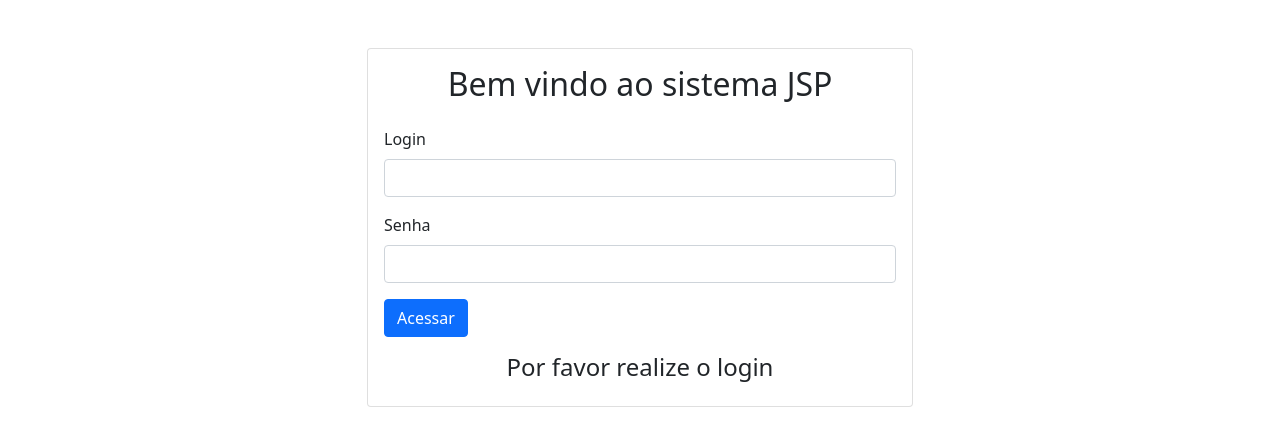
Repository: EduCarmo/PROJETO_JAVA-JSP_JDBC_SQL_JAVA
Page: http://localhost/curso-jsp/principal/cadastrousuario.jsp
An editor plug-in stored every save of this project. The page is shown before and after the next save, followed by the edit.
The browser window is 1280 px wide. The pictures show the whole page.
The page is served by Tomcat 10. Other server files are loaded and not shown.

Above is the page before, as saved 2024-03-13 23:26:09.
Console error: SyntaxError: Unexpected token '<'

### curso-jsp/src/main/webapp/index.jsp
<%@ page language="java" contentType="text/html; charset=UTF-8"
	pageEncoding="UTF-8"%>
<!DOCTYPE html>
<html lang="pt-BR">
<head>
<meta charset="UTF-8">
<meta name="viewport" content="width=device-width, initial-scale=1">
<title>Curso JSP - Login</title>
<link rel="stylesheet" href="https://cdn.jsdelivr.net/npm/bootstrap@5.0.2/dist/css/bootstrap.min.css" integrity="sha384-EVSTQN3/azprG1Anm3QDgpJLIm9Nao0Yz1ztcQTwFspd3yD65VohhpuuCOmLASjC" crossorigin="anonymous">
<link rel="stylesheet" href="style/style.css">
</head>
<body>

<div class="container">
    <div class="row justify-content-center mt-5">
        <div class="col-md-6">
            <div class="card">
                <div class="card-body">
                    <h2 class="text-center mb-4">Bem vindo ao sistema JSP</h2>
                    <form action="ServletLogin" method="post" class="needs-validation" novalidate >
                        <input type="hidden" value="<%=request.getParameter("url")%>" name="url">
                        <div class="mb-3">
                            <label for="login" class="form-label">Login</label>
                            <input type="text" class="form-control" id="login" name="login" required>
                        </div>
                        <div class="mb-3">
                            <label for="senha" class="form-label">Senha</label>
                            <input type="password" class="form-control" id="senha" name="senha" required>
                        </div>
                        <button type="submit" class="btn btn-primary btn-block">Acessar</button>
                    </form>
                    <h4 class="text-center mt-3">${msg}</h4>
                </div>
            </div>
        </div>
    </div>
</div>

<script src="https://cdn.jsdelivr.net/npm/bootstrap@5.0.2/dist/js/bootstrap.bundle.min.js" integrity="sha384-MrcW6ZMFYlzcLA8Nl+NtUVF0sA7MsXsP1UyJoMp4YLEuNSfAP+JcXn/tWtIaxVXM" crossorigin="anonymous"></script>

<script type="text/javascript" src="javascript/validation.js"></script>

</body>
</html>

After the next save:
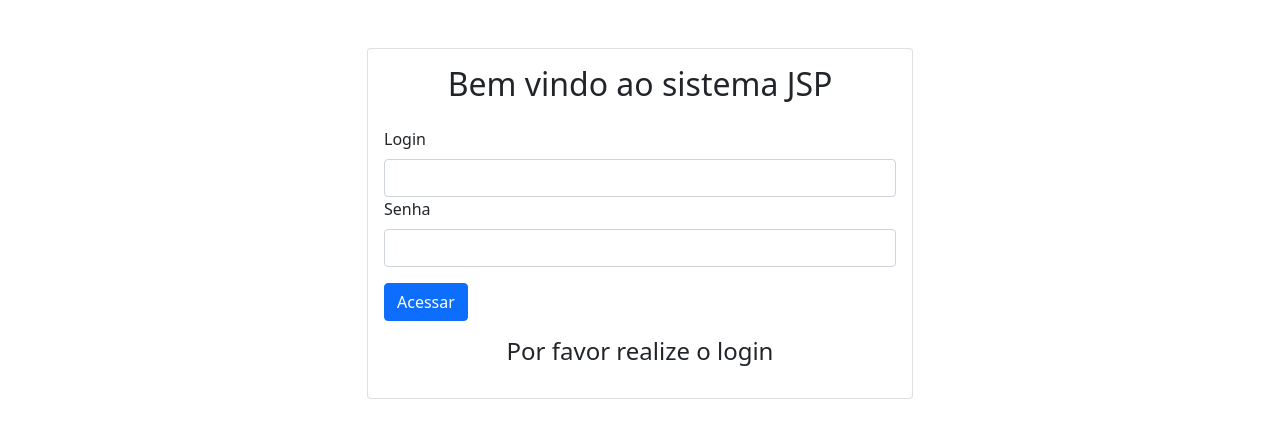
Saved 92 s later.
--- a/curso-jsp/src/main/webapp/index.jsp
+++ b/curso-jsp/src/main/webapp/index.jsp
@@ -22,6 +22,9 @@
                         <div class="mb-3">
                             <label for="login" class="form-label">Login</label>
                             <input type="text" class="form-control" id="login" name="login" required>
+                            <div class="invalid-feedback">
+        						Please choose a username.
+        					</div
                         </div>
                         <div class="mb-3">
                             <label for="senha" class="form-label">Senha</label>

After the 3 saves that followed:
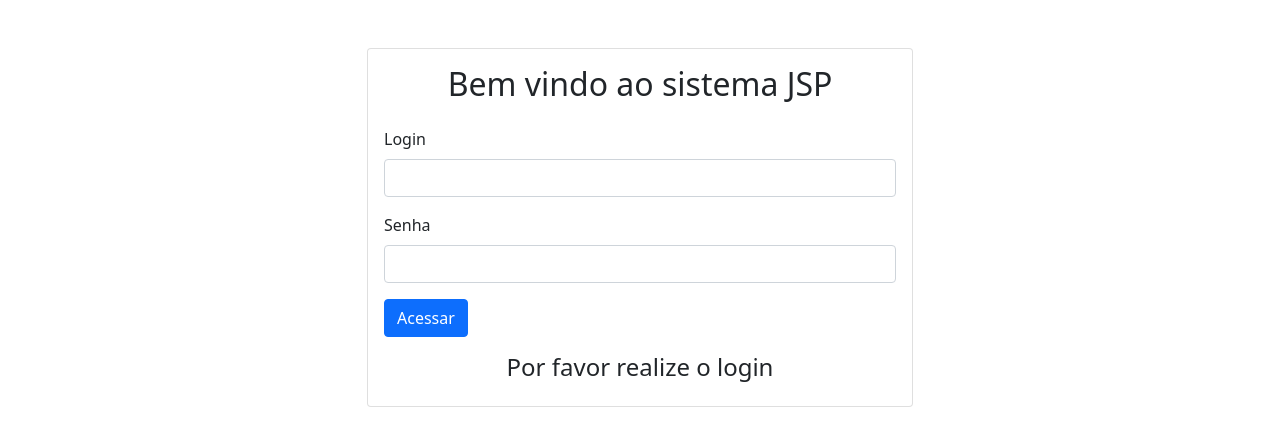
The 3 saves are shown as one change because 2 left the picture as it was.
The last was saved 42 s later.
--- a/curso-jsp/src/main/webapp/index.jsp
+++ b/curso-jsp/src/main/webapp/index.jsp
@@ -22,9 +22,7 @@
                         <div class="mb-3">
                             <label for="login" class="form-label">Login</label>
                             <input type="text" class="form-control" id="login" name="login" required>
-                            <div class="invalid-feedback">
-        						Please choose a username.
-        					</div
+
                         </div>
                         <div class="mb-3">
                             <label for="senha" class="form-label">Senha</label>
